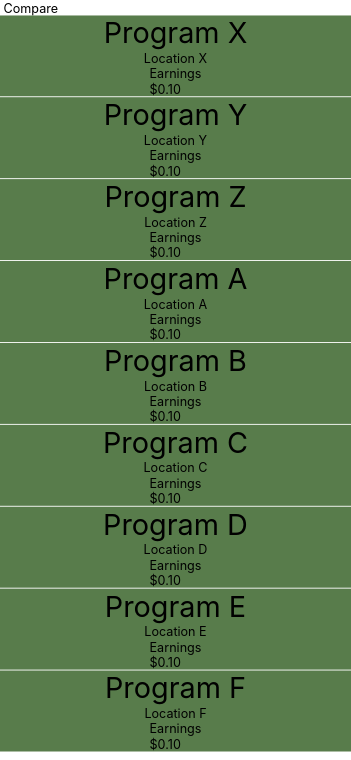
Repository: ct-pham/COMP4511
Screen: / (app in comp4511/)
These files come from the project's save history. The screen is drawn as it stood at one moment and after the next save; the edit follows.
The pictures are shown at 90% of full size.
The app was drawn by React Native's web renderer in a window 390 px wide. The project was rebuilt for these pictures with package versions that can differ from the ones it lists, and the page was loaded fresh each time. Also part of the build but not shown: comp4511/Components/Homepage.js, comp4511/Components/AllEarnings.js, comp4511/Components/ProgramEarnings.js, comp4511/Components/Register.js, comp4511/Components/Login.js.

Above is the screen before, as saved 2022-11-09 19:05:06.

### comp4511/App.js
import React, {useState} from 'react';
import { StatusBar } from 'expo-status-bar';
import { StyleSheet, Text, View } from 'react-native';
import { NavigationContainer } from '@react-navigation/native';
import { createNativeStackNavigator } from '@react-navigation/native-stack';
import Homepage from './Components/Homepage';
import AllEarnings from './Components/AllEarnings';
import ProgramEarnings from './Components/ProgramEarnings';
import Register from './Components/Register';
import Login from './Components/Login';
import Compare from './Components/compareProgram/Compare';

const Stack = createNativeStackNavigator();


export default function App() {
  return (
    // <NavigationContainer>
    //   <Stack.Navigator>
    //     <Stack.Screen name="Register" component={Register} />
    //     <Stack.Screen name="Login" component={Login} />
    //     <Stack.Screen name="Home" component={Homepage}/>
    //     <Stack.Screen name="AllEarnings" component={AllEarnings}/>
    //     <Stack.Screen name="ProgramEarnings" component={ProgramEarnings}/>
    //   </Stack.Navigator>
    // </NavigationContainer>
    <Compare/>
  );
}

### comp4511/Components/compareProgram/Compare.js
import {
    StyleSheet,
    Text,
    SafeAreaView,
    statusBar,
    FlatList,
} from 'react-native';
import Items from './Items';

import ProgramDetails from './ProgramDetails';

export default function Compare() {
    return (
        <SafeAreaView style={styles.container}>
            <Text> Compare</Text>
            <FlatList
                data = {ProgramDetails}
                renderItem={({ item }) => <Items item = {item} />}
                showsVerticalScrollIndicator

            />
        </SafeAreaView>
    );
}

const styles = StyleSheet.create({

});

### comp4511/Components/compareProgram/Items.js
import {
    View,
    Text,
    StyleSheet,
    Image,
    useWindowDimensions,
    TouchableOpacity,
    StatusBar,
} from 'react-native';
import { useState } from 'react';


export default function Items ({item}) {

    const { width } = useWindowDimensions();
    return (
        <View style={ styles.container}>

            <View style = {[styles.programContainer, {width}]}>
                <Text style = {styles.title}>{item.title}</Text>
                <Text style = {styles.location}>{item.location}</Text>

                <Image style = {styles.image}>{item.image}</Image>
                <View>
                    <Text style = {styles.Earnings}>{item.Earning}</Text>
                    <Text style = {styles.Total}>{item.Total}</Text>

                </View>
            </View>

        </View>
    )
}

const styles = StyleSheet.create({
    container: {
        flex: 1,
        marginTop: StatusBar.currentHeight || 0,


      },
    item: {
        padding: 20,
        marginVertical: 8,
        marginHorizontal: 16,
      },
    title: {
        fontSize: 32,
      },
    programContainer: {
        backgroundColor: '#587C4B',
        alignItems: 'center',
        marginBottom: 1,
    },
    image: {
        //width: width*0.8,
        //height:
    }

});

### comp4511/Components/compareProgram/ProgramDetails.js
export default [
    {
        id: '1',
        title: 'Program X',
        location: 'Location X',
        Earning: 'Earnings',
        Total: '$0.10',
        //Image: ,

    },
    {
        id: '2',
        title: 'Program Y',
        location: 'Location Y',
        Earning: 'Earnings',
        Total: '$0.10',


    },
    {
        id: '3',
        title: 'Program Z',
        location: 'Location Z',
        Earning: 'Earnings',
        Total: '$0.10',


    },
    {
        id: '4',
        title: 'Program A',
        location: 'Location A',
        Earning: 'Earnings',
        Total: '$0.10',


    },
    {
        id: '5',
        title: 'Program B',
        location: 'Location B',
        Earning: 'Earnings',
        Total: '$0.10',


    },
    {
        id: '6',
        title: 'Program C',
        location: 'Location C',
        Earning: 'Earnings',
        Total: '$0.10',

    },
    {
        id: '7',
        title: 'Program D',
        location: 'Location D',
        Earning: 'Earnings',
        Total: '$0.10',

    },
    {
        id: '8',
        title: 'Program E',
        location: 'Location E',
        Earning: 'Earnings',
        Total: '$0.10',

    },
    {
        id: '9',
        title: 'Program F',
        location: 'Location F',
        Earning: 'Earnings',
        Total: '$0.10',

    },


]

After the next save:
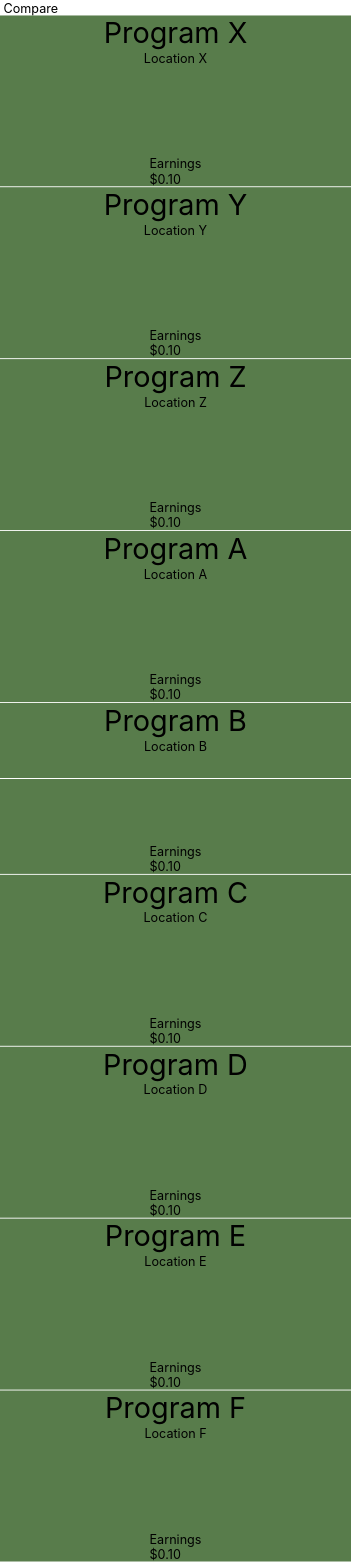
Saved 19 s later.
--- a/comp4511/Components/compareProgram/Items.js
+++ b/comp4511/Components/compareProgram/Items.js
@@ -53,8 +53,8 @@ const styles = StyleSheet.create({
         marginBottom: 1,
     },
     image: {
-        //width: width*0.8,
-        //height:
+        width: 100,
+        height: 100,
     }
 
 });
